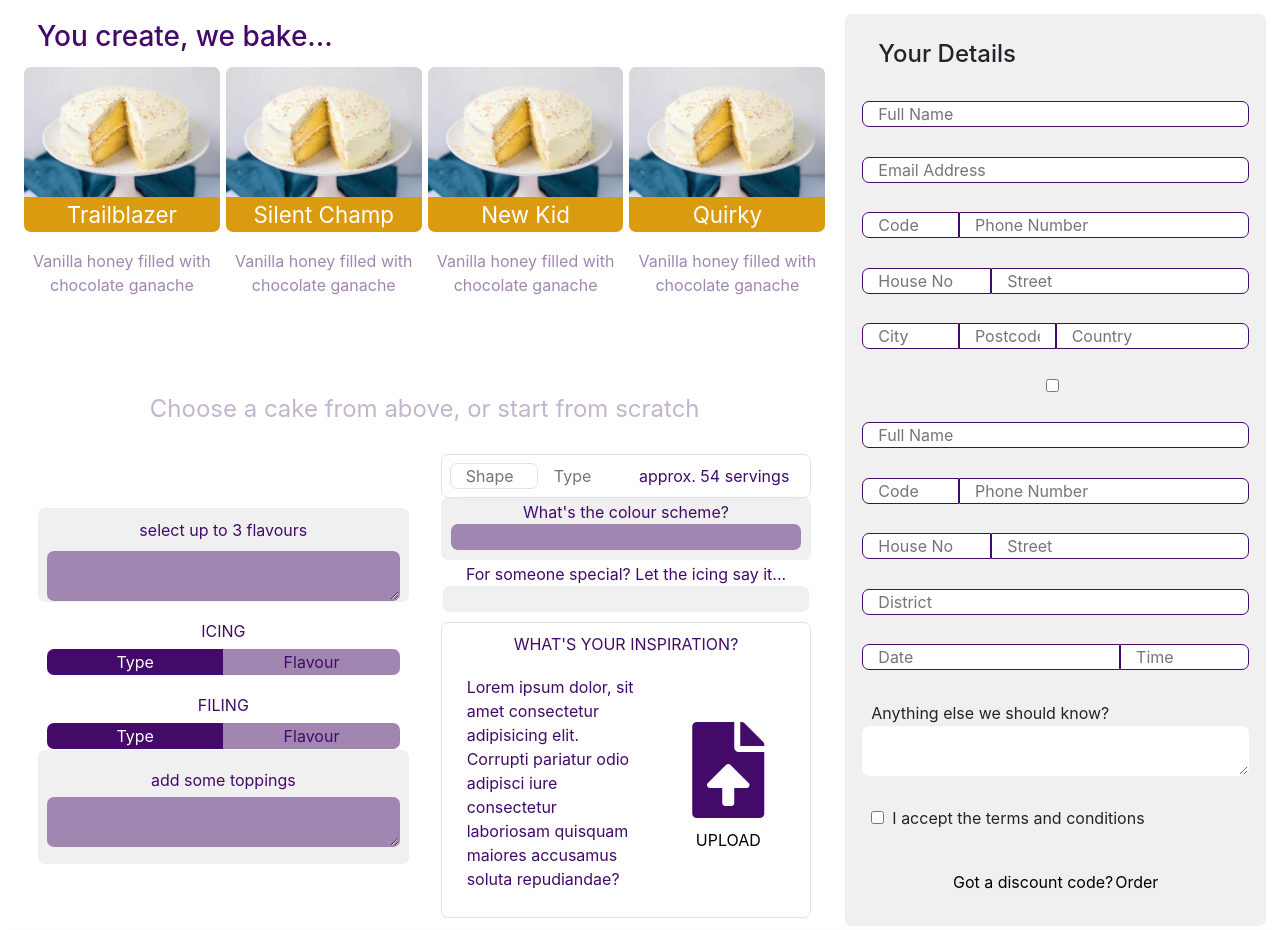
Repository: I-Alpha/BakeryOrderForm
Page: Order-Page.html
The author's editor kept a copy of each file at every save. The page is drawn from the files as they stood at one save, then again after a run of saves.
The browser window is 1280 px wide. The pictures show the whole page.

Above is the page before, as saved 2020-12-29 04:46:04.

### Order-Page.html
<!DOCTYPE html>
<html lang="en">

<head>
    <meta charset="UTF-8">
    <meta name="viewport" content="width=device-width, initial-scale=1.0">
    <link rel="stylesheet" href="https://use.fontawesome.com/releases/v5.7.0/css/all.css"
        integrity="sha384-lZN37f5QGtY3VHgisS14W3ExzMWZxybE1SJSEsQp9S+oqd12jhcu+A56Ebc1zFSJ" crossorigin="anonymous">
    <link href="https://stackpath.bootstrapcdn.com/bootstrap/4.5.2/css/bootstrap.min.css" rel="stylesheet">
    <script src="https://ajax.googleapis.com/ajax/libs/jquery/3.5.1/jquery.min.js"></script>
    <script src="https://stackpath.bootstrapcdn.com/bootstrap/4.5.2/js/bootstrap.bundle.min.js"></script>
    <title>Document</title>
    <style>
        :root {
            --primary-font: 1.6rem;
            --cake-font-size: 1.4rem;
            --secondary-font: 1rem;
            --primary-colour: #430a69ff;
            --secondary-colour: #a186b1ff;
            --text-faded: #c3b5ce;
            --background-faded: rgb(240, 240, 240);
        }

        * {
            border: 1px solid rgba(0, 0, 0, 0.002);
            border-radius: 7px;
            box-sizing: border-box;
            margin: 0;
            padding: 0;
        }

        html {
            font-size: 1rem;
        }

        html,
        body,
        .container-fluid {
            width: 100%;
            background-color: white;
        }


        #sec2-label {
            color: var(--text-faded);
            font-size: 1.5rem;

        }

        .purple_font {
            color: #430a69ff;
        }

        .light_purple_font {
            color: #a186b1ff;
        }

        .light_purple_background {
            background-color: #a186b1ff;
        }


        .purple_background {
            background-color: #430a69ff;
        }

        .textfaded {
            color: var(--text-faded);
        }

        .background_faded {
            background-color: var(--background-faded);
        }

        .buttergold {
            background-color: #da9b0eff
        }

        .input-group {}

        .pull-up {
            top: -50%;
        }

        .split-row-1 {
            height: 100%;
        }

        .split-row-2 {
            height: 50%;
        }

        #main_col_1 * {}

        #main_col_1 {}

        #main_col_2 * {}

        #main_col_2 {
            background-color: rgb(240, 240, 240);
            height: auto;
            justify-content: center;
            padding: 5px 5px;
        }

        #main_col_2 div.input-group {
            padding-top: 5px;
            padding-bottom: 5px;
        }

        #main_col_2 input {
            border: 1px solid var(--primary-colour);
        }


        #main_col_1 .input-group,
        #main_col_2 .input-group {}

        .col-8,
        .col-4 {}

        #deliveryBtn.active{
            background-color: var(--primary-colour);
            color: var(--primary-colour);
        }
        #collectionBtn.active{
            background-color: var(--primary-colour);
            color: var(--primary-colour);
        }

        #collectionBtn,
        #deliveryBtn {
            border-radius: 30px;
            border: 1px solid var(--primary-colour);
            display: inline-block;

        }

        #collectionBtn{
        }
        #deliveryBtn {}


        #deliveryBtn {
            background-color: white;
        }

        #collectionBtn {
            background-color: white;
            border: 1px solid var(--primary-colour);
        }



        #cake-image-container p:nth-child(2) {
            background-color: #da9b10;
            color: white;
            border-top-left-radius: 0;
            border-top-right-radius: 0;
        }

        #cake-image-container {
            padding: 0;
            margin: 0;
        }

        div#cake-image-container p:nth-child(3) {
            color: var(--secondary-colour);
        }

        #cake-image-container>div {
            font-size: var(--secondary-font);
            border-radius: 15px 15px 15px 15px;
            min-height: 100px;
            min-width: 140px;
        }

        .left-curve {
            border-top-right-radius: 0;
            border-bottom-right-radius: 0;
        }

        .right-curve {
            border-top-left-radius: 0;
            border-bottom-left-radius: 0;
        }

        #cake-image-container div * {}

        #cake-image-container div img {
            border-bottom-left-radius: 0;
            border-bottom-right-radius: 0;
            min-height: 120px;
        }

        #cake-image-container p {
            display: flex;
            text-align: center;
            justify-content: center;
            align-items: center;
        }

        p {}

        div.h3 {
            text-align: center;
        }

        .input-group {
            display: flex;
        }

        .switch6 {  max-width: 17em;  margin: 0 auto; }
        .switch6-light > span, .switch-toggle > span {  color: #000000; }
        .switch6-light span span, .switch6-light label, .switch-toggle span span, .switch-toggle label {  color: #2b2b2b; }

        .switch-toggle a,
        .switch6-light span span { display: none; }

        .switch6-light { display: block; height: 30px; position: relative; overflow: visible; padding: 0px; margin-left:0px; }
        .switch6-light * { box-sizing: border-box; }
        .switch6-light a { display: block; transition: all 0.3s ease-out 0s; }

        .switch6-light label,
        .switch6-light > span { line-height: 30px; vertical-align: middle;}

        .switch6-light label {font-weight: 700; margin-bottom: px; max-width: 100%;}

        .switch6-light input:focus ~ a, .switch6-light input:focus + label { outline: 1px dotted rgb(136, 136, 136); }
        .switch6-light input { position: absolute; opacity: 0; z-index: 5; }
        .switch6-light input:checked ~ a { right: 0%; }
        .switch6-light > span { position: absolute; left: -100px; width: 100%; margin: 0px; padding-right: 100px; text-align: left; }
        .switch6-light > span span { position: absolute; top: 0px; left: 0px; z-index: 5; display: block; width: 50%; margin-left: 100px; text-align: center; }
        .switch6-light > span span:last-child { left: 50%; }
        .switch6-light a { position: absolute; right: 50%; top: 0px; z-index: 4; display: block; width: 50%; height: 100%; padding: 0px; }

        /* Extra small devices (portrait phones, less than 576px)
         No media query since this is the default in Bootstrap */

        /* Small devices (landscape phones, 576px and up) */
        @media (min-width: 576px) {
            html {}

            #main_col_1 {
                justify-content: space-around;
                align-items: space-around;
                padding: 15px;
            }

            #main_col_2 {
                padding: 15px;
                max-width: 89%;
            }

            div.h3 {
                width: 100%;
                text-align: start;
            }


            #cake-image-container>div {
                width: 150px;
                font-size: var(--secondary-font);
                border-radius: 15px 15px 15px 15px;
                min-height: 300px;
                padding: 20px 15px 10px 15px;

            }
        }

        /* Medium devices (tablets, 768px and up) */
        @media (min-width: 768px) {

            #main_col_1 {
                min-height: 100vh;
                justify-content: center;
                align-items: center;
            }

            html {}

            body {
                align-items: center;
                justify-content: center;
                padding: 10px 10px 0 0px;
            }

            #cake-image-container p:nth-child(2) {
                background-color: #da9b10;
                font-size: var(--cake-font-size);
                color: white;
                border-top-left-radius: 0;
                border-top-right-radius: 0;
            }

            div.h3 {
                text-align: none;
            }
        }

        /* Large devices (desktops, 992px and up) */
        @media (min-width: 992px) {
            #cake-image-container>div {
                min-width: 140px;
                padding: 2px;
            }

        #collectionBtn,
        #deliveryBtn {
            border-radius: 30px;
            border: 1px solid var(--primary-colour);
            display: inline-block;
            height:2rem;
            padding-top: 0;
            line-height: 1rem;
            padding-bottom: 3px;
          }

            #main_col_2{
                height:100%;
               align-items: space-around;
               justify-content: space-around;
            }
        }



        /* Extra large devices (large desktops, 1200px and up) */
        @media (min-width: 1200px) {}
    </style>
</head>

<body>
    <div class="container-fluid d-flex">
        <div class="row justify-content-center align-items-start">
            <div id="main_col_1"
                class=" d-flex flex-column col-12 col-sm-12 col-md-12 col-lg-8 purple_font py-1 justify-content-center align-items-center ">
                <div class="h3 w-100 px-3">You create, we bake...</div>
                <div id="cake-image-container"
                    class="row d-flex justify-content-between text-center container-fluid px-0">
                    <div class="d-flex flex-column col-6 col-sm-6 col-md-3 col-lg-3 ">
                        <img src="Assets\baked-yellow-cake.jpg" class="img-fluid" alt="Responsive image">
                        <p>Trailblazer</p>
                        <p>Vanilla honey filled with chocolate ganache</p>
                    </div>
                    <div class="d-flex flex-column col-6 col-sm-6 col-md-3 col-lg-3">
                        <img src="Assets\baked-yellow-cake.jpg" class="img-fluid" alt="Responsive image">
                        <p class="">Silent Champ</p>
                        <p>Vanilla honey filled with chocolate ganache</p>
                    </div>
                    <div class="d-flex flex-column col-6 col-sm-6 col-md-3 col-lg-3">
                        <img src="Assets\baked-yellow-cake.jpg" class="img-fluid" alt="Responsive image">
                        <p>New Kid</p>
                        <p>Vanilla honey filled with chocolate ganache</p>
                    </div>
                    <div class="d-flex flex-column col-6 col-sm-6 col-md-3 col-lg-3">
                        <img src="Assets\baked-yellow-cake.jpg" class="img-fluid" alt="Responsive image">
                        <p>Quirky</p>
                        <p>Vanilla honey filled with chocolate ganache</p>
                    </div>
                </div>
                <div class="col-12 col-sm-12 col-md-12 flex flex-column justify-content-center align-items-center"
                    style="justify-content:center;">
                    <div id="sec2-label" class="py-4 text-center">Choose a cake from above, or start from scratch</div>
                    <div class="row">
                        <div
                            class="col-12 col-sm-12 col-md-6 justify-content-center d-flex flex-column align-items-center">
                            <div class="row d-flex flex-column input-group background_faded px-2 ">
                                <p class="mb-2 mt-2 text-center">select up to 3 flavours</p>
                                <textarea class="w-100 light_purple_background"></textarea>
                            </div>
                            <p class="mb-1 mt-3">ICING</p>
                            <div class="row input-group px-2" style="justify-content:center;">
                                <input class="input col-6 w-100 purple_background text-center left-curve"
                                    style="color:white;" value="Type"><input
                                    class="input col-6 w-100 light_purple_background text-center right-curve"
                                    style="color:var(--primary-colour);" value="Flavour">
                            </div>
                            <p class="mb-1 mt-3">FILING</p>
                            <div class="row input-group px-2" style="justify-content:center;">
                                <input class="input col-6 w-100 purple_background text-center left-curve"
                                    style="color:white;" value="Type"><input
                                    class="input col-6 w-100 light_purple_background text-center right-curve"
                                    style="color:var(--primary-colour);" value="Flavour">
                            </div>
                            <div
                                class="row d-flex flex-column input-group background_faded align-items-center pb-3 px-2">
                                <p class="mb-1 mt-3">add some toppings</p>
                                <textarea class="w-100 light_purple_background"></textarea>
                            </div>
                        </div>
                        <div class="col d-flex flex-column justify-content-between align-items-around">
                            <div class="row-lg-1 input-group d-flex align-items-start justify-content-center border my-0 w-100 pt-2 px-2"
                                style="height:auto" >
                                <input class="input w-100 border col-3" placeholder="Shape">
                                <input class="input w-100 col-3 " placeholder="Type">
                                <label
                                    class="col-6 p-0 text-center d-flex w-100 justify-content-center align-items-center">approx.
                                    54 servings</label>
                            </div>
                            <div class="input-group justify-content-center row-lg-3 background_faded px-2">
                                <label class="text-center w-100"> What's the colour scheme?
                                    <input class="input w-100 light_purple_background">
                                </label>
                            </div>
                            <div class="input-group w-100 justify-content-center align-items-around row-lg-3">
                                <label class="text-center w-100 ">For someone special? Let the icing say it...
                                    <input class="input w-100 background_faded">
                                </label>
                            </div>
                            <div class="input-group row-lg-5 d-flex flex-column align-items-center border py-2 px-2">
                                <p class="row-lg-1 ">WHAT'S YOUR INSPIRATION?</p>
                                <div class="row-lg-11 input-group d-flex">
                                    <p class="col-7">Lorem ipsum dolor, sit amet consectetur adipisicing elit.
                                        Corrupti pariatur odio adipisci iure consectetur laboriosam quisquam maiores
                                        accusamus soluta repudiandae?</p>
                                    <label class="col-5 d-flex justify-content-center flex-column align-items-center">
                                        <i class="row fas fa-file-upload" style="font-size: 6rem;"></i>
                                        <button style="background:white" class="row mt-2">UPLOAD</button>
                                    </label>
                                </div>
                            </div>
                        </div>
                    </div>
                </div>
            </div>
            <div id="main_col_2"
                class="col-12 col-sm-12 col-md-12 col-lg-4 d-flex flex-column align-items-center justify-content-around">
                <div class="h4 w-100 px-3">Your Details</div>
                <div class="input-group">
                    <input class="col " placeholder="Full Name">
                </div>
                <div class="input-group">
                    <input class="col" placeholder="Email Address">
                </div>
                <div class="input-group">
                    <input class="col-3 left-curve" placeholder="Code"><input class="col-9 right-curve"
                        placeholder="Phone Number">
                </div>
                <div class="input-group">
                    <input class="col-4 left-curve" placeholder="House No"><input class="col-8 right-curve"
                        placeholder="Street">
                </div>
                <div class="input-group">
                    <input class="col-3 left-curve" placeholder="City">
                    <input class="col-3" style="border-radius: 0%;" placeholder="Postcode">
                    <input class="col-6 right-curve" placeholder="Country">
                </div>
                <div>
                <span class="switcher switcher-1">
                    <input type="checkbox" id="switcher-1">
                    <label for="switcher-1"></label>
                 </span>
                </div>
                <div class="input-group">
                    <input class="col" placeholder="Full Name">
                </div>
                <div class="input-group">
                    <input class="col-3 left-curve" placeholder="Code"><input class="col-9 right-curve"
                        placeholder="Phone Number">
                </div>
                <div class="input-group">
                    <input class="col-4 left-curve" placeholder="House No"><input class="col-8 right-curve"
                        placeholder="Street">
                </div>
                <div class="input-group">
                    <input class="col" placeholder="District">
                </div>
                <div class="input-group">
                    <input class="col-8 left-curve" placeholder="Date"><input class="col-4 right-curve"
                        placeholder="Time">
                </div>
                <div class="input-group">
                    <p class=" mb-0 pl-2">Anything else we should know?</p>
                    <textarea class="input-fluid   w-100 "></textarea>
                </div>
                <div class="input-group">
                    <label for="tc_Check">
                        <input id="tc_Check" type="checkbox" class="input mx-2">I accept the terms and conditions
                    </label>
                </div>
                <div class="row input-group justify-content-center ">
                    <button>Got a discount code?</button>
                    <button>Order</button>
                </div>
            </div>
        </div>
    </div>
    <script>

$('.btn-toggle').click(function() {

    $(this).find('.btn').toggleClass('active');

    if ($(this).find('.btn-primary').size()>0) {
        $(this).find('.btn').toggleClass('btn-primary');
    }
    if ($(this).find('.btn-default').size()>0) {
    	$(this).find('.btn').toggleClass('btn-default');
    }
    if ($(this).find('.btn-success').size()>0) {
    	$(this).find('.btn').toggleClass('btn-success');
    }
    if ($(this).find('.btn-info').size()>0) {
        $(this).find('.btn').toggleClass('btn-info');
    }
    $(this).find('.btn').toggleClass('btn-default');

});
    </script>
</body>

</html>

After the next 2 saves:
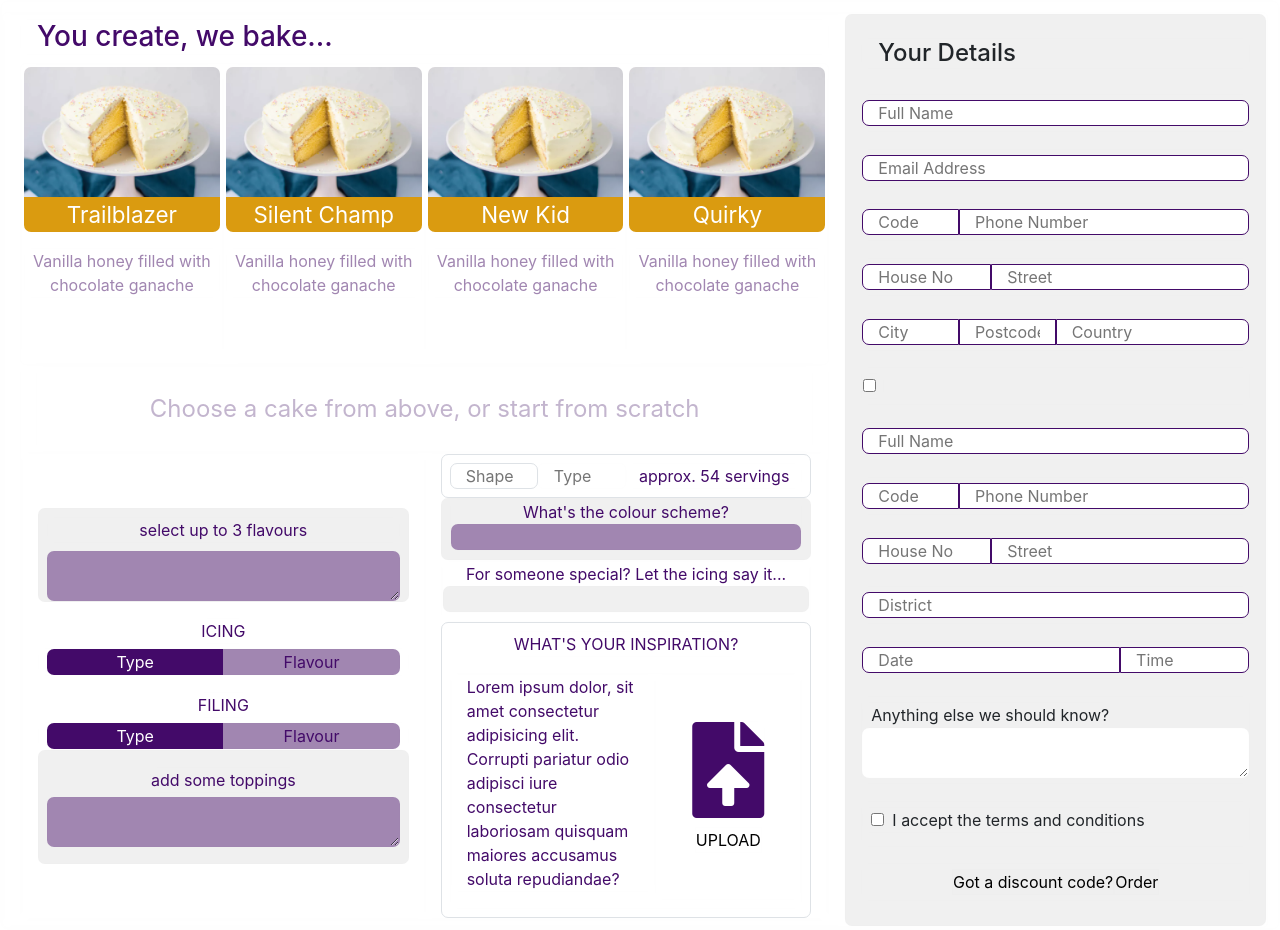
The 2 saves are shown as one change because they came seconds apart.
The last was saved 9 s later.
--- a/Order-Page.html
+++ b/Order-Page.html
@@ -446,7 +446,7 @@
                     <input class="col-3" style="border-radius: 0%;" placeholder="Postcode">
                     <input class="col-6 right-curve" placeholder="Country">
                 </div>
-                <div>
+                <div class="input-group">
                 <span class="switcher switcher-1">
                     <input type="checkbox" id="switcher-1">
                     <label for="switcher-1"></label>
